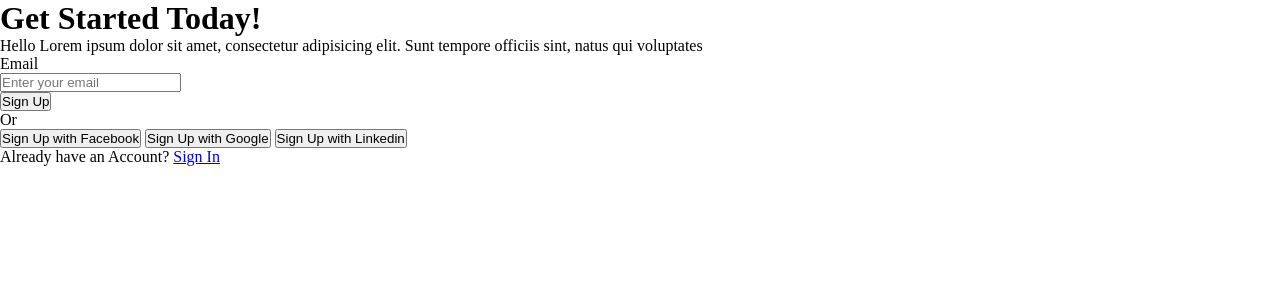
Repository: Femi007-gh/Login-V2
Page: index.html
These files come from the project's save history. The page is drawn as it stood at one moment and after a run of saves; the edit follows.
The browser window is 1280 px wide. The pictures show the whole page.

Above is the page before, as saved 2025-01-23 07:32:47.

### index.html
<html>
    <head>
        <title></title>
  <link rel="stylesheet" href="style.css">
    </head>
    <body>
        <div class="container">
            <div class="left-session">
                <div class="form-container">
                    <h1>Get Started Today!</h1>
                    <p> Hello Lorem ipsum dolor sit amet, consectetur adipisicing elit. Sunt tempore officiis sint, natus qui voluptates </p>
                    <form>
                        <div class="input-group">
                            <p>Email</p>
                            <input type="email" id="email" placeholder="Enter your email" required>
                        </div>
                        <button class="primary-btn" type="submit">Sign Up</button>
                    </form>
                    <p class="divider">Or</p>
                    <div class="social-buttons">
                        <button class="social-buttons-facebook-btn">
                            Sign Up with Facebook<i class="fa-brands fa-facebook"></i>
                        </button>
                        <button class="social-buttons-google-btn">
                            Sign Up with Google
                        </button>
                        <button class="social-buttons-Linkedin-btn">
                            Sign Up with Linkedin
                        </button>
                    </div>
                    <p>Already have an Account? <a href="#">Sign In</a></p>
                </div>
            </div>
            <div class="right-section"></div>
        </div>
    </body>
</html>

Loaded but not shown: style.css (common file)

After the next 3 saves:
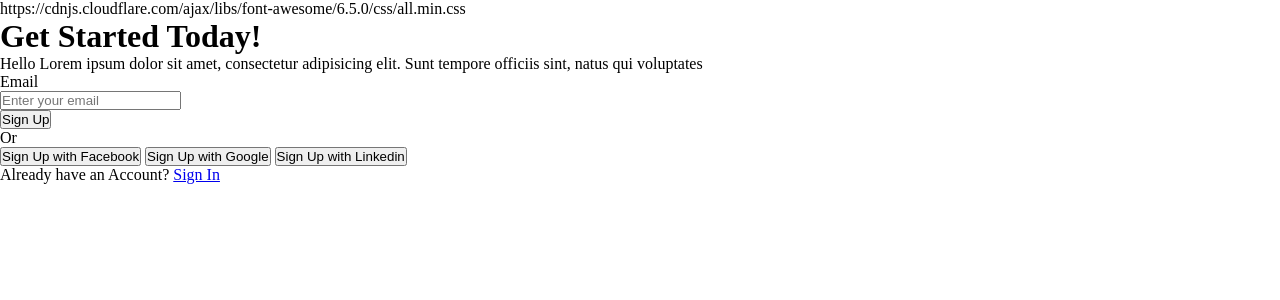
The 3 saves are shown as one change because they came seconds apart.
The last was saved 12 s later.
--- a/index.html
+++ b/index.html
@@ -2,6 +2,7 @@
     <head>
         <title></title>
   <link rel="stylesheet" href="style.css">
+  https://cdnjs.cloudflare.com/ajax/libs/font-awesome/6.5.0/css/all.min.css
     </head>
     <body>
         <div class="container">
